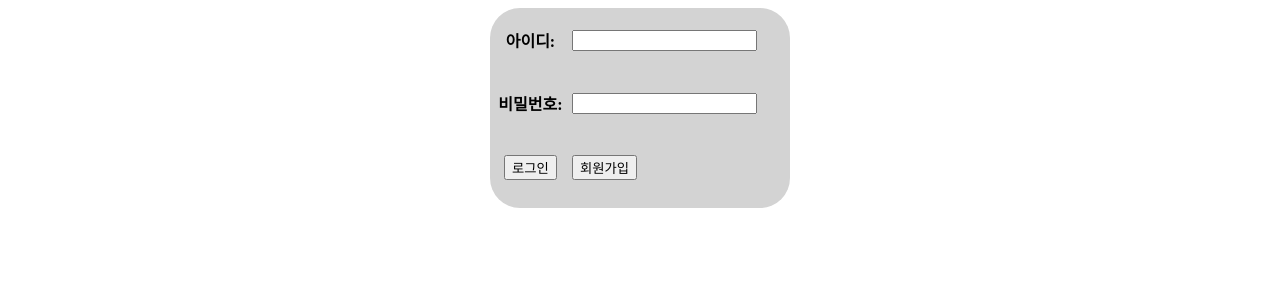
Repository: namubal78/practice-workspace
Page: http://localhost/Practice/
An editor plug-in stored every save of this project. The page is shown before and after the next save, followed by the edit.
The browser window is 1280 px wide. The pictures show the whole page.
The page is served by Tomcat 9. Nobody is signed in. The application's start-up code is not run.

Above is the page before, as saved 2023-03-03 09:08:38.

After the next save:
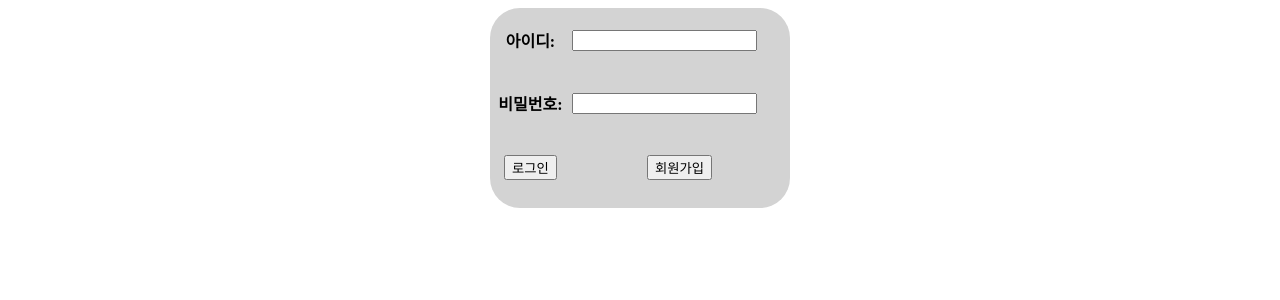
Saved 87 s later.
--- a/Practice/src/main/webapp/index.jsp
+++ b/Practice/src/main/webapp/index.jsp
@@ -58,8 +58,8 @@
 	                    <td><input type="password" name="memberPwd" required></td>
 	                </tr>
 	                <tr>
-	                    <th><button type="submit">로그인</button></th>
-	                    <td><button onclick="location.href='joinForm.me'">회원가입</button></td>
+	                    <th align="center"><button type="submit">로그인</button></th>
+	                    <td align="center"><button onclick="location.href='joinForm.me'">회원가입</button></td>
 	                </tr>
 	                <tr>
 	                	<th colspan="2">
